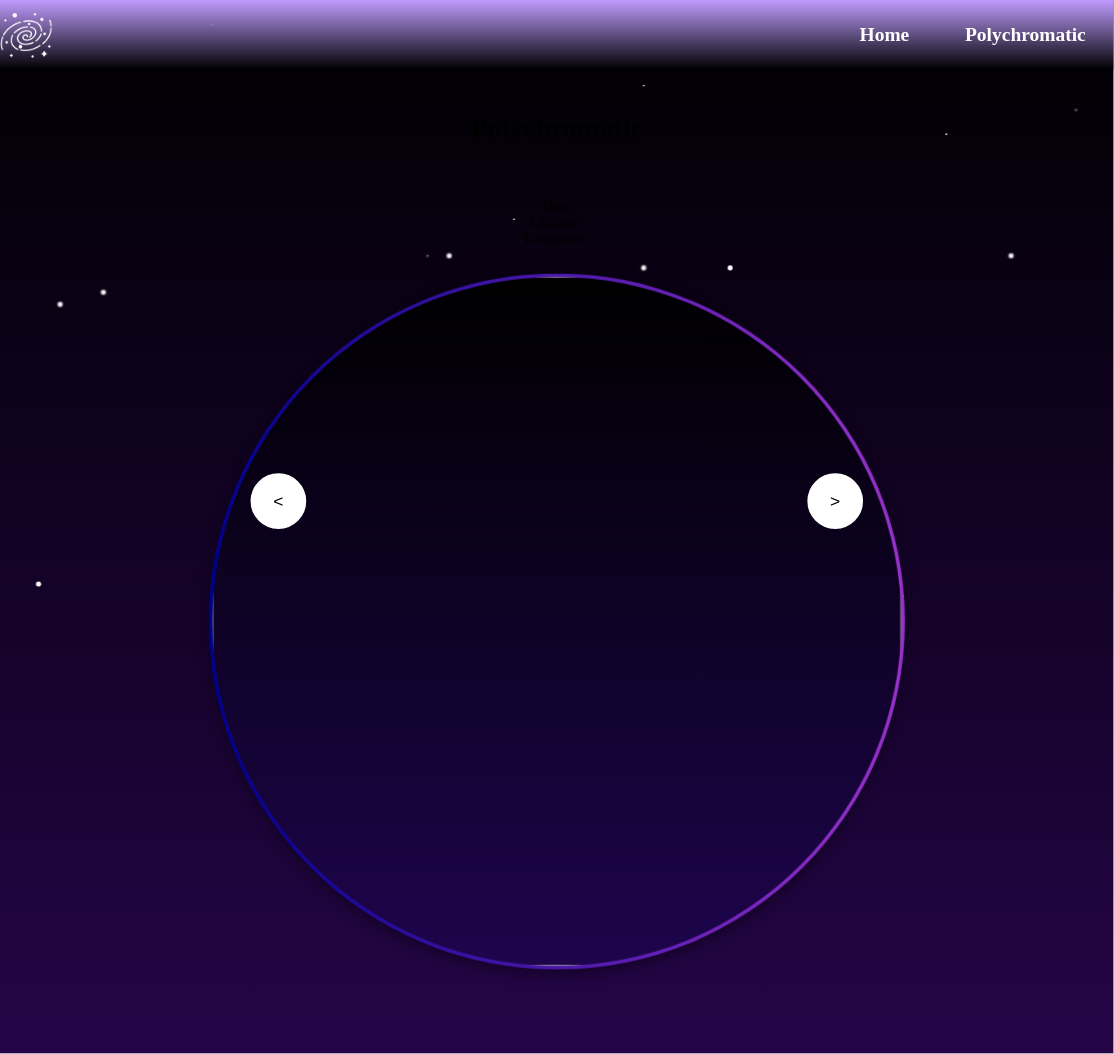
Repository: KayceeNguyen/DAI_W07_NASA
Page: /polychromatic
An editor plug-in stored every save of this project. The page is shown before and after the next save, followed by the edit.
The browser window is 1280 px wide. The pictures show the whole page, at 87% of full size.
The page's requests for data from a server got no answer. The project was rebuilt for these pictures with package versions that can differ from the ones it lists, and the page was loaded fresh each time. The framework's server and built-in components were replaced by stand-ins that run in the browser. No one was signed in, and anything a server would have sent is missing. Also part of the build but not shown: next.config.js.

Above is the page before, as saved 2023-02-17 01:46:55.

After the next save:
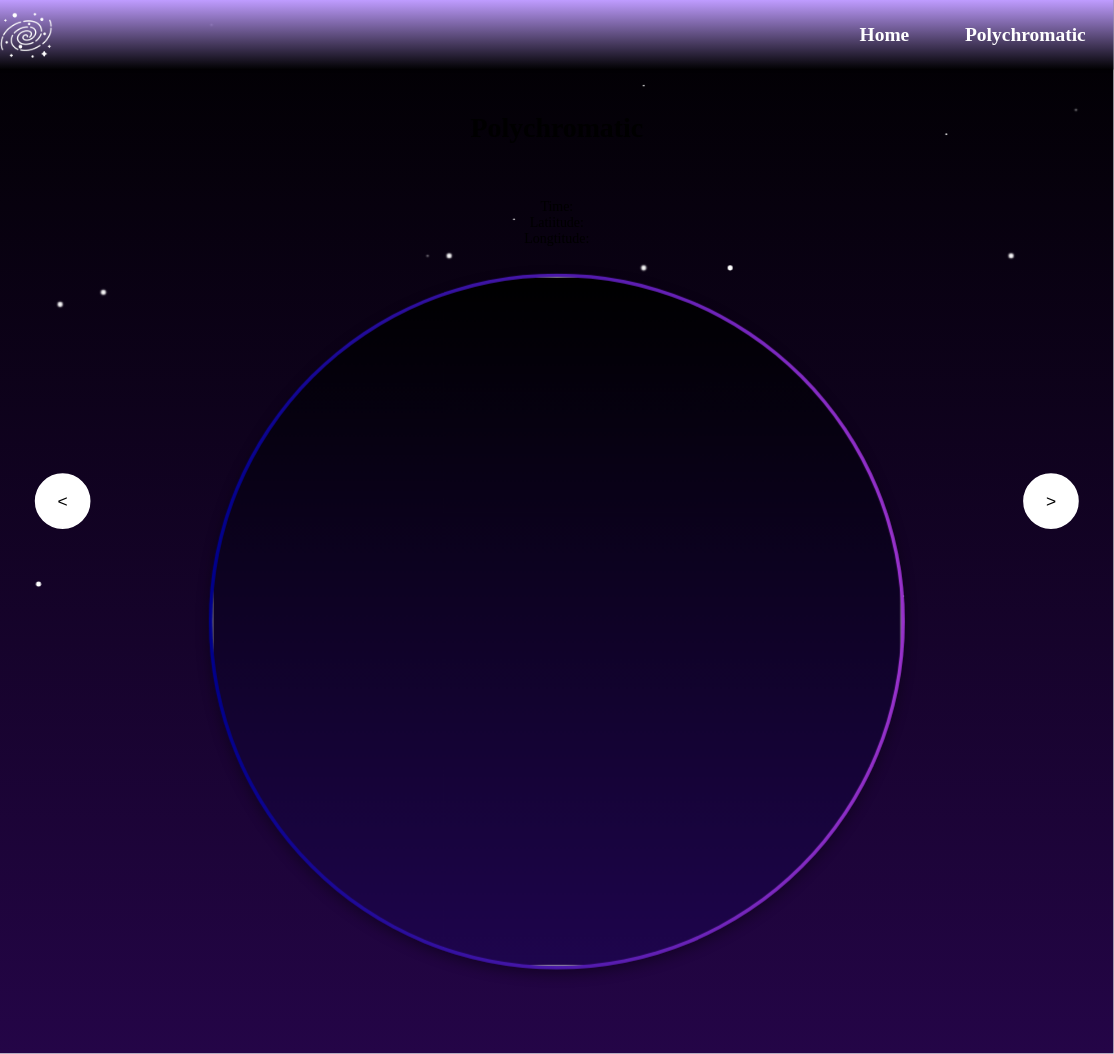
Saved 10 s later.
--- a/styles/Home.module.css
+++ b/styles/Home.module.css
@@ -596,7 +596,7 @@ button.arrow {
   background-color:rgb(255, 255, 255, 1);
   color:#000000;
   border-radius:50%;
-  margin: auto;
+  margin: 2em;
   border:2px solid #ffffff;
 
   visibility: visible;
